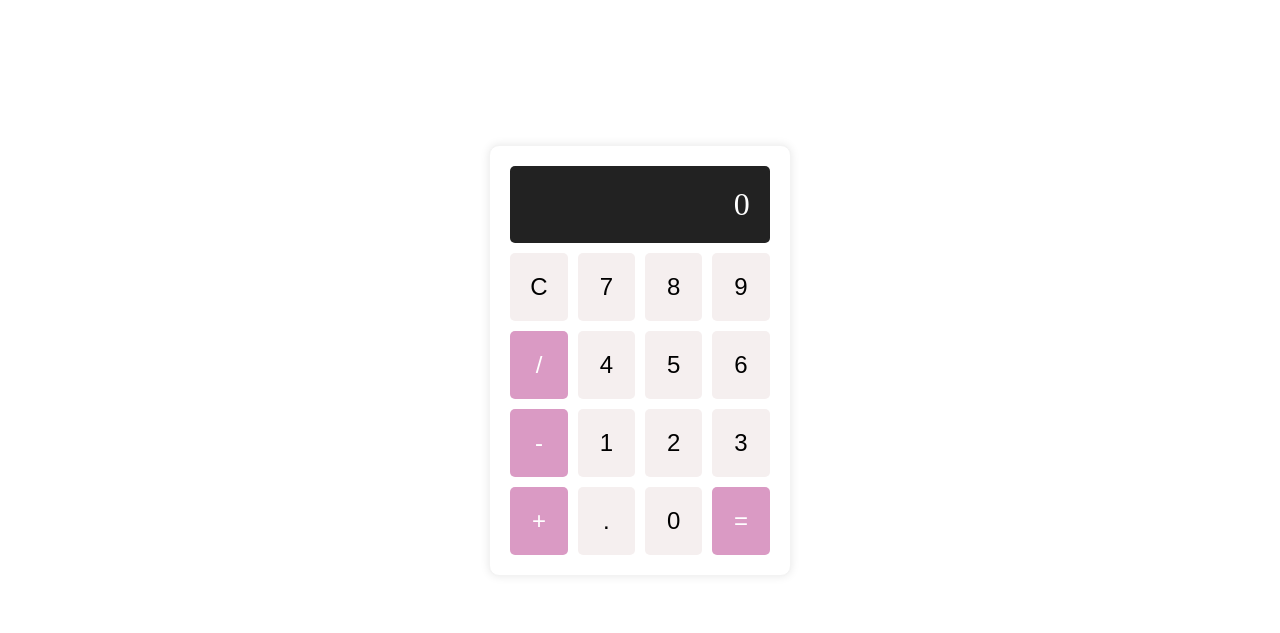
Repository: alizey12/calculator
Page: index.html
These files come from the project's save history. The page is drawn as it stood at one moment and after the next save; the edit follows.
The browser window is 1280 px wide. The pictures show the whole page.

Above is the page before, as saved 2024-11-23 18:49:42.

### index.html
<!DOCTYPE html>
<html lang="en">
<head>
    <meta charset="UTF-8">
    <meta name="viewport" content="width=device-width, initial-scale=1.0">
    <title>Document</title>
    <link rel="stylesheet" href="styles.css">
</head>
<body>
 <div class="calculator">
            <div class="display" id="display">0</div>
            <div class="buttons">


                <button class="btn" id="clear">C</button>
                <button class="btn">7</button>
                <button class="btn">8</button>
                <button class="btn">9</button>
                <button class="btn operator">/</button>
                <button class="btn">4</button>
                <button class="btn">5</button>
                <button class="btn">6</button>
                <button class="btn operator">-</button>
                <button class="btn">1</button>
                <button class="btn">2</button>
                <button class="btn">3</button>
                <button class="btn operator">+</button>
                <button class="btn">.</button>
                <button class="btn">0</button>
                <button class="btn operator" id="equals">=</button>


            </div>
        </div>


    <script src="script.js"></script>
</body>
</html>

### styles.css
body {
    display: flex;
    justify-content: center;
    align-items: center;
    height: 100vh;
    background-color: #ffffff;
    margin: 0;
}

.calculator {
    border: 1px solid #f3f3f3;
    border-radius: 10px;
    padding: 20px;
    background-color: #fff;
    box-shadow: 0 0 10px rgba(0, 0, 0, 0.1);
}

.display {
    font-size: 2em;
    margin-bottom: 10px;
    padding: 20px;
    background-color: #222;
    color: #fff;
    text-align: right;
    border-radius: 5px;
}


.buttons {
    display: grid;
    grid-template-columns: repeat(4, 1fr);
    gap: 10px;
}

.btn {
    padding: 20px;
    font-size: 1.5em;
    border: none;
    border-radius: 5px;
    background-color: #f5efef;
    cursor: pointer;
}

.btn.operator {
    background-color: #da9ac4;
    color: #fff;
}

/*.btn#clear {
    background-color: #ff3b30;
    color: #fff;
}

.btn#equals {
    grid-column: span 4;
    background-color: #186e2e;
    color: #fff;
} */

Loaded but not shown: script.js (no copy from this time; the picture is the same without it)

After the next save:
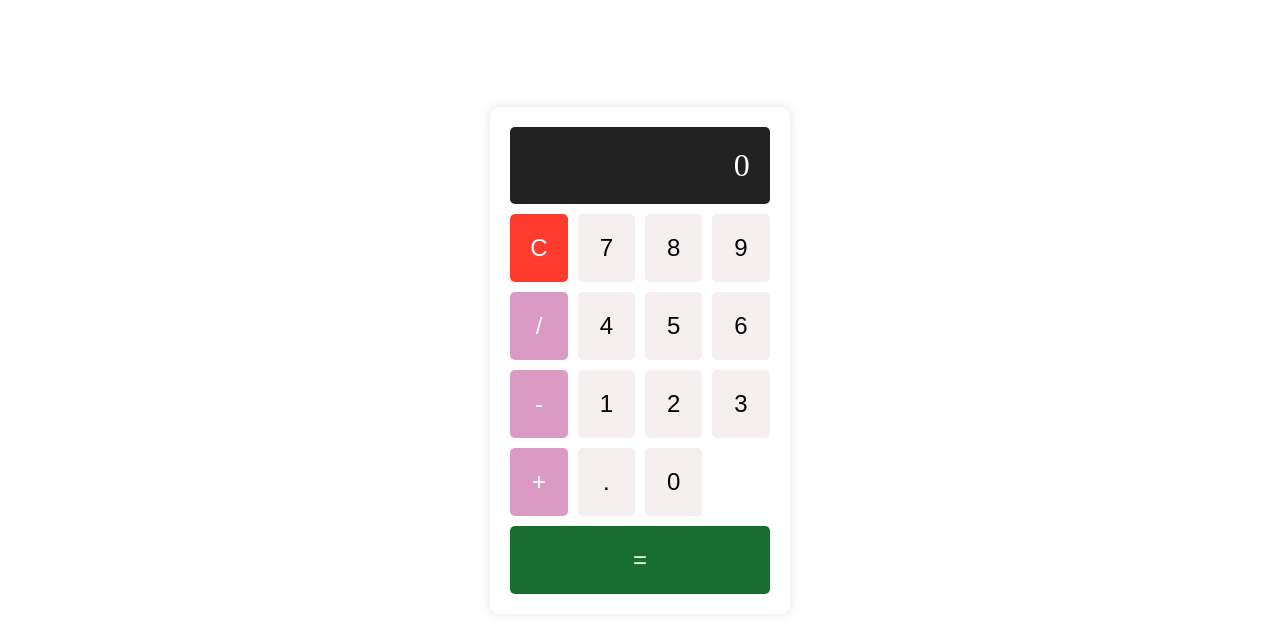
Saved 14 s later.
--- a/styles.css
+++ b/styles.css
@@ -46,7 +46,7 @@ body {
     color: #fff;
 }
 
-/*.btn#clear {
+.btn#clear {
     background-color: #ff3b30;
     color: #fff;
 }
